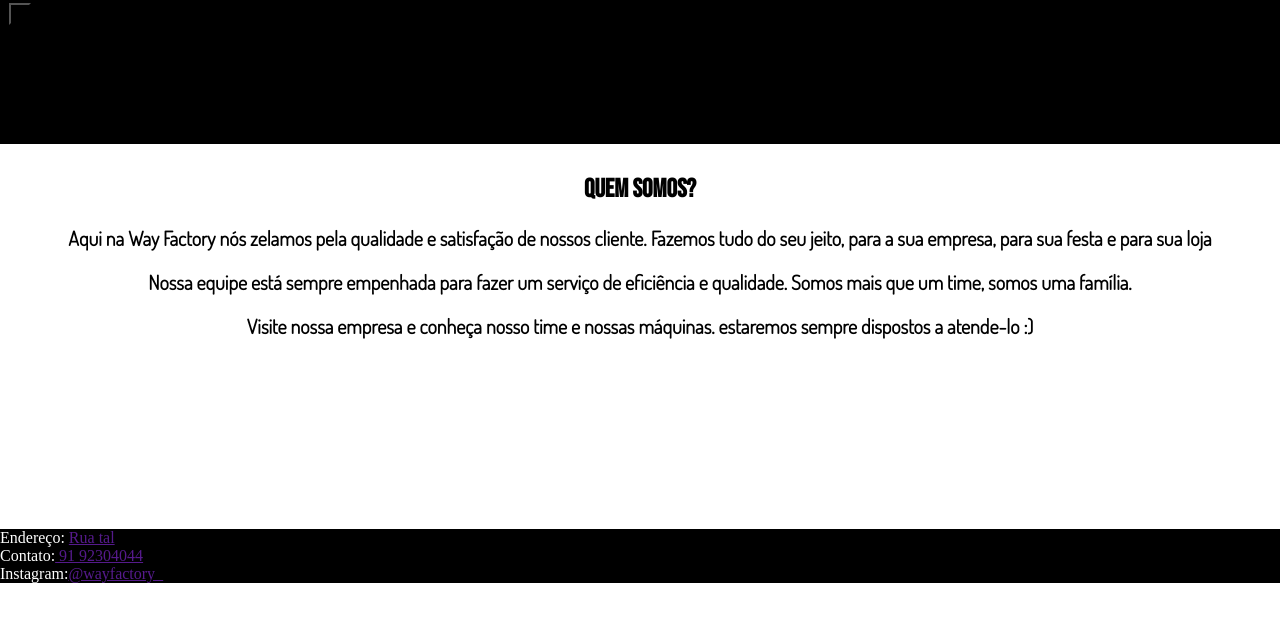
Repository: Leonngc/way-factory
Page: about.html
An editor plug-in stored every save of this project. The page is shown before and after the next save, followed by the edit.
The browser window is 1280 px wide. The pictures show the whole page.
Some icons come from a web library that is not loaded, so they are not drawn.

Above is the page before, as saved 2023-02-10 10:42:07.

After the next save:
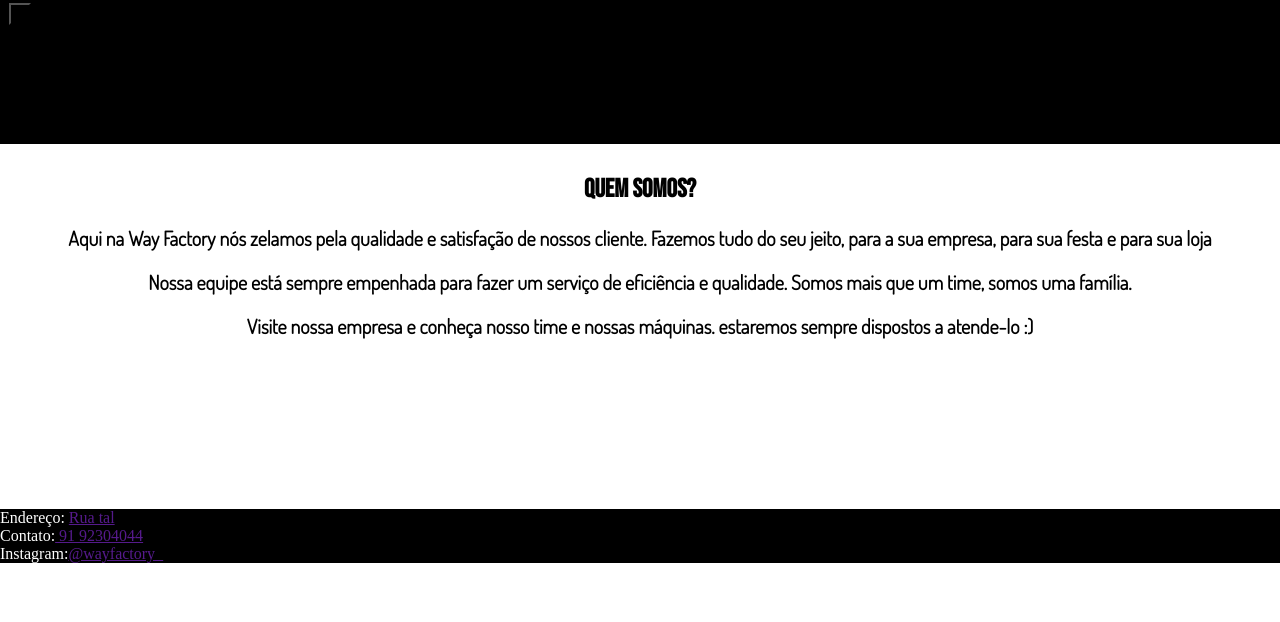
Saved 8 s later.
--- a/styles/about.css
+++ b/styles/about.css
@@ -80,5 +80,5 @@
 footer{
     background-color: black;
     color: white;
-    margin-top: 190px;
+    margin-top: 170px;
 }
